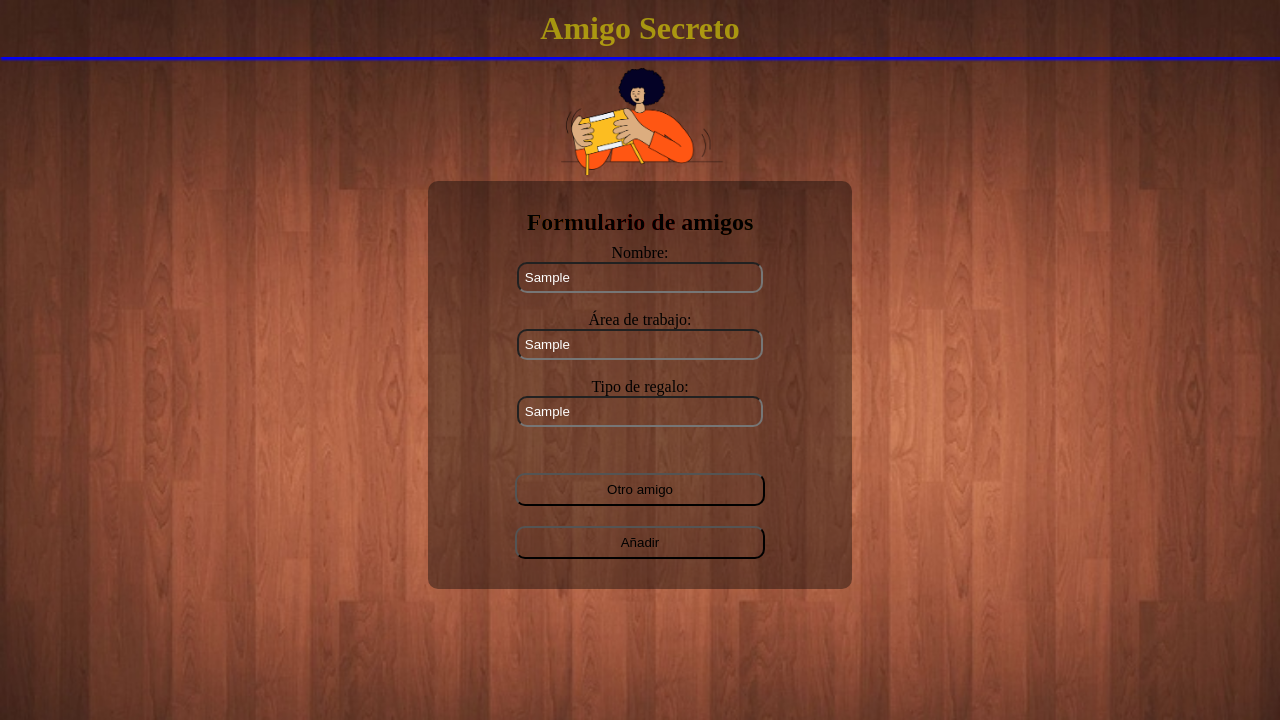
Repository: ye909/secreto
Page: index.html
The author's editor kept a copy of each file at every save. The page is drawn from the files as they stood at one save, then again after the next save.
The browser window is 1280 px wide. The pictures show the whole page.
Empty fields were first filled with sample values (such as "Sample", 5 or name@example.com).
After loading, the first visible `#formularioAmigo` was submitted once.

Above is the page before, as saved 2025-01-25 10:51:45.

After the next save:
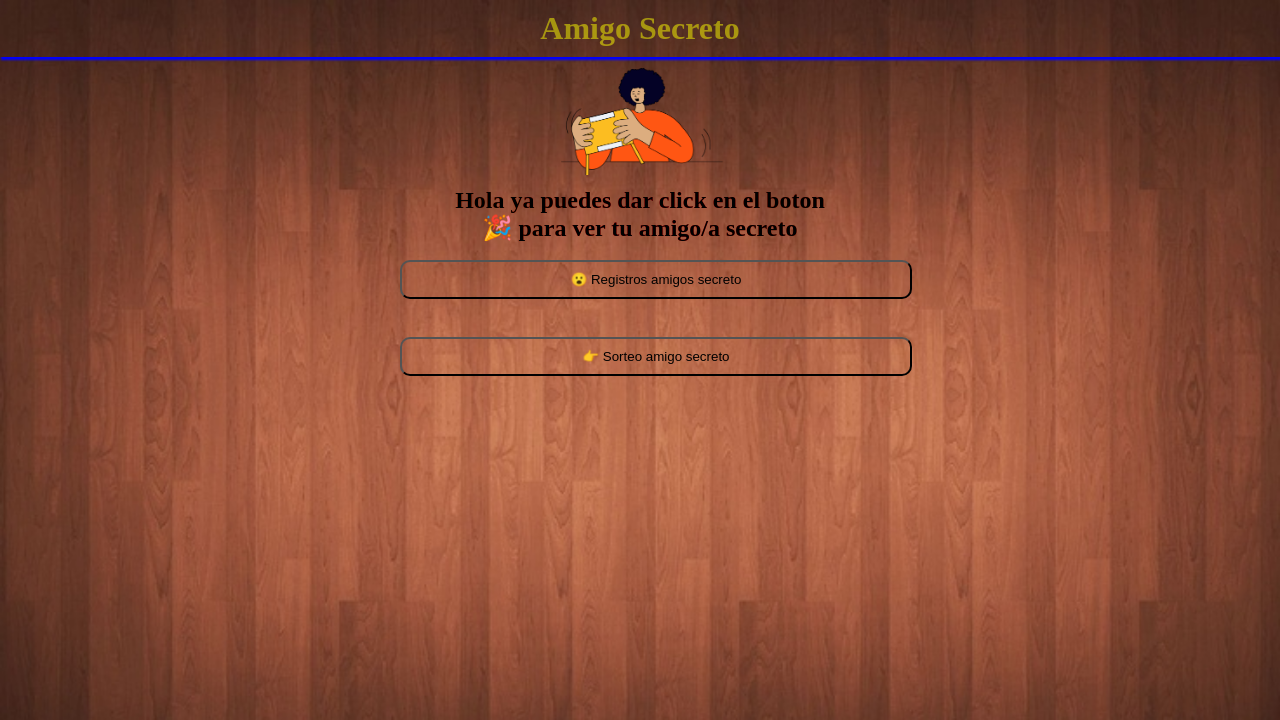
Saved 4 min 17 s later.
--- a/js/script.js
+++ b/js/script.js
@@ -9,22 +9,28 @@ const info_datos1 = document.getElementById("info_datos1");
 const otro = document.getElementById("otro");
 formularioAmigo.addEventListener("submit", (event) => {
   event.preventDefault(); // Evita que el formulario se envíe (si se trata de un formulario)
+  otro.addEventListener("submit", (event) =>   {
+    if (otro) {
+      const nombre = document.getElementById("nombre").value;
+      const areaTrabajo = document.getElementById("areaTrabajo").value;
+      const tipoRegalo = document.getElementById("tipoRegalo").value;
+      const nuevoAmigo = {
+        nombre: nombre,
+        area: areaTrabajo,
+        regalo: tipoRegalo,
+      };
 
-  if (otro) {
-    const nombre = document.getElementById("nombre").value;
-    const areaTrabajo = document.getElementById("areaTrabajo").value;
-    const tipoRegalo = document.getElementById("tipoRegalo").value;
-    // Crear un nuevo objeto amigo
-    const nuevoAmigo = {
-      nombre: nombre,
-      area: areaTrabajo,
-      regalo: tipoRegalo,
-    };
+      // Añadir el nuevo amigo al array
+      amigos.push(nuevoAmigo);
+      otro.getAttribute("type", "reset");
 
-    // Añadir el nuevo amigo al array
-    amigos.push(nuevoAmigo);
-    otro.getAttribute("type", "reset");
-  } else {
+
+    }
+  })
+
+
+
+
     const nombre = document.getElementById("nombre").value;
     const areaTrabajo = document.getElementById("areaTrabajo").value;
     const tipoRegalo = document.getElementById("tipoRegalo").value;
@@ -67,7 +73,7 @@ formularioAmigo.addEventListener("submit", (event) => {
 
       info_datos1.innerHTML = htmlContent;
     });
-  }
+
 });
 
 const sorteo = document.getElementById("sorteo");
